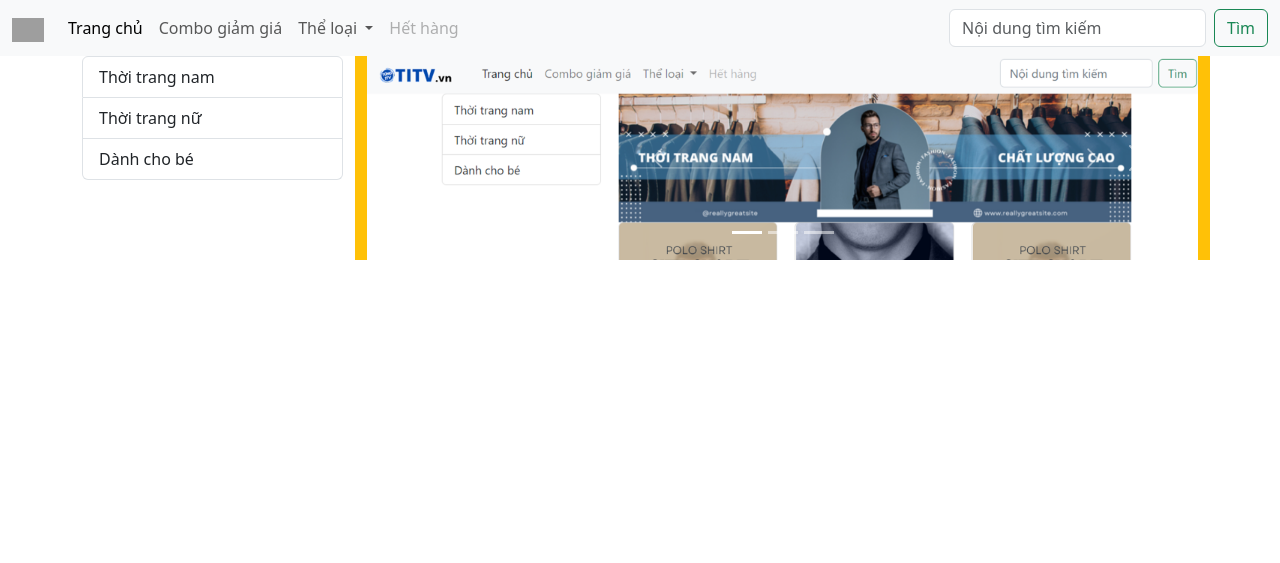
Repository: vnmk1/jsp_servlet-tutorials
Page: Bai4_Bootstrap/src/main/webapp/index.html
These files come from the project's save history. The page is drawn as it stood at one moment and after the next save; the edit follows.
The browser window is 1280 px wide. The pictures show the whole page.
Pictures or frames that could not be fetched are drawn as grey boxes.

Above is the page before, as saved 2023-07-17 09:00:36.

### Bai4_Bootstrap/src/main/webapp/index.html
<!DOCTYPE html>
<html>
<head>
<meta charset="UTF-8">
<title>Ví dụ Bootstrap</title>
<link href="https://cdn.jsdelivr.net/npm/bootstrap@5.3.0/dist/css/bootstrap.min.css" rel="stylesheet" integrity="sha384-9ndCyUaIbzAi2FUVXJi0CjmCapSmO7SnpJef0486qhLnuZ2cdeRhO02iuK6FUUVM" crossorigin="anonymous">
<script src="https://cdn.jsdelivr.net/npm/@popperjs/core@2.11.8/dist/umd/popper.min.js" integrity="sha384-I7E8VVD/ismYTF4hNIPjVp/Zjvgyol6VFvRkX/vR+Vc4jQkC+hVqc2pM8ODewa9r" crossorigin="anonymous"></script>
<script src="https://cdn.jsdelivr.net/npm/bootstrap@5.3.0/dist/js/bootstrap.min.js" integrity="sha384-fbbOQedDUMZZ5KreZpsbe1LCZPVmfTnH7ois6mU1QK+m14rQ1l2bGBq41eYeM/fS" crossorigin="anonymous"></script>
</head>
<body>
<!-- Navbar -->
	<nav class="navbar navbar-expand-lg bg-body-tertiary">
	  <div class="container-fluid">
	    <a class="navbar-brand" href="#">
	      <img src="https://titv.vn/wp-content/uploads/2022/08/Screenshot-2023-01-29-230321.png" alt="Bootstrap" height="24">
	    </a>
	    <button class="navbar-toggler" type="button" data-bs-toggle="collapse" data-bs-target="#navbarSupportedContent" aria-controls="navbarSupportedContent" aria-expanded="false" aria-label="Toggle navigation">
	      <span class="navbar-toggler-icon"></span>
	    </button>
	    <div class="collapse navbar-collapse" id="navbarSupportedContent">
	      <ul class="navbar-nav me-auto mb-2 mb-lg-0">
	        <li class="nav-item">
	          <a class="nav-link active" aria-current="page" href="#">Trang chủ</a>
	        </li>
	        <li class="nav-item">
	          <a class="nav-link" href="#">Combo giảm giá</a>
	        </li>
	        <li class="nav-item dropdown">
	          <a class="nav-link dropdown-toggle" href="#" role="button" data-bs-toggle="dropdown" aria-expanded="false">
	            Thể loại
	          </a>
	          <ul class="dropdown-menu">
	            <li><a class="dropdown-item" href="#">Quần Jean</a></li>
	            <li><a class="dropdown-item" href="#">Áo Thung</a></li>
	            <li><hr class="dropdown-divider"></li>
	            <li><a class="dropdown-item" href="#">Áo sơ mi</a></li>
	          </ul>
	        </li>
	        <li class="nav-item">
	          <a class="nav-link disabled">Hết hàng</a>
	        </li>
	      </ul>
	      <form class="d-flex" role="search">
	        <input class="form-control me-2" type="search" placeholder="Nội dung tìm kiếm" aria-label="Search">
	        <button class="btn btn-outline-success" type="submit">Tìm</button>
	      </form>
	    </div>
	  </div>
	</nav>
<!-- End -->

<!-- Page content -->
<div class="container ">
	<div class="row">
		<!-- Menu left-->
		<div class="col-lg-3">
			<div class="list-group">
			  <a href="#" class="list-group-item">
			    Thời trang nam
			  </a>
			  <a href="#" class="list-group-item list-group-item-action">Thời trang nữ</a>
			  <a href="#" class="list-group-item list-group-item-action">Dành cho bé</a>
			</div>
	    </div>
		<!-- End Menu left-->

		<!-- Slider and Products -->
	    <div class="col-lg-9 bg-warning">
			<!-- Slider -->
			<div id="carouselExampleIndicators" class="carousel slide">
			  <div class="carousel-indicators">
			    <button type="button" data-bs-target="#carouselExampleIndicators" data-bs-slide-to="0" class="active" aria-current="true" aria-label="Slide 1"></button>
			    <button type="button" data-bs-target="#carouselExampleIndicators" data-bs-slide-to="1" aria-label="Slide 2"></button>
			    <button type="button" data-bs-target="#carouselExampleIndicators" data-bs-slide-to="2" aria-label="Slide 3"></button>
			  </div>
			  <div class="carousel-inner">
			    <div class="carousel-item active">
			      <img src="img/slider/Picture1.png" class="d-block w-100" alt="...">
			    </div>
			    <div class="carousel-item">
			      <img src="img/slider/Picture2.png" class="d-block w-100" alt="...">
			    </div>
			    <div class="carousel-item">
			      <img src="img/slider/Picture3.png" class="d-block w-100" alt="...">
			    </div>
			  </div>
			  <button class="carousel-control-prev" type="button" data-bs-target="#carouselExampleIndicators" data-bs-slide="prev">
			    <span class="carousel-control-prev-icon" aria-hidden="true"></span>
			    <span class="visually-hidden">Previous</span>
			  </button>
			  <button class="carousel-control-next" type="button" data-bs-target="#carouselExampleIndicators" data-bs-slide="next">
			    <span class="carousel-control-next-icon" aria-hidden="true"></span>
			    <span class="visually-hidden">Next</span>
			  </button>
			</div>
			<!-- End Slider -->
		</div>
		<!-- End Slider and Products -->
</div>

<!-- End -->
</body>
</html>

After the next save:
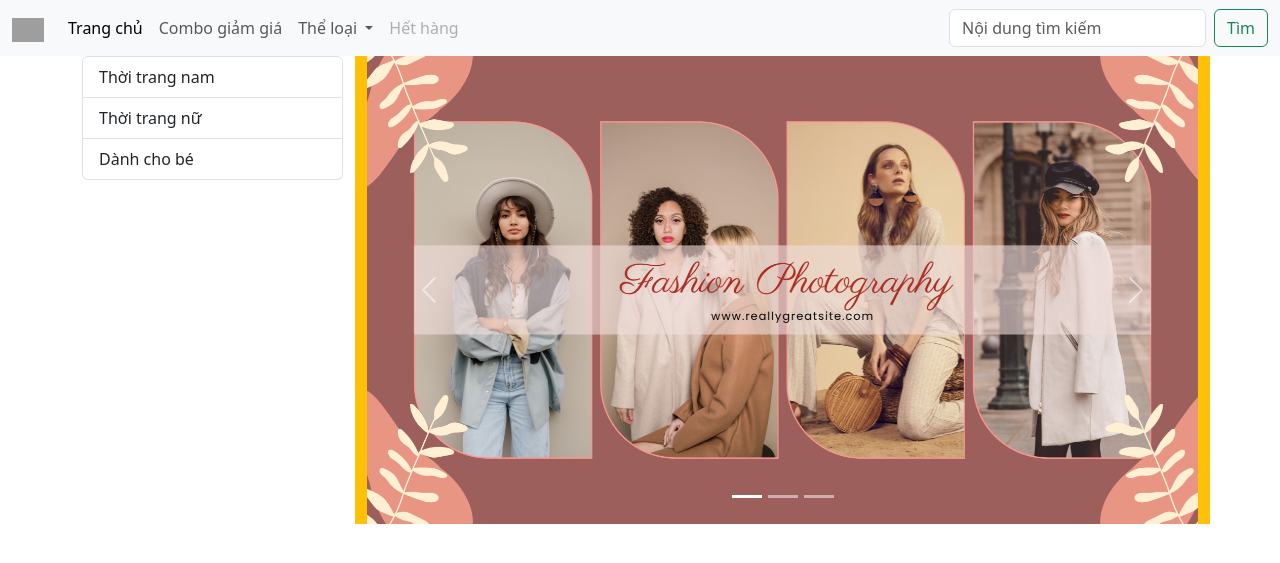
Saved 9 min 10 s later.
--- a/Bai4_Bootstrap/src/main/webapp/index.html
+++ b/Bai4_Bootstrap/src/main/webapp/index.html
@@ -75,13 +75,13 @@
 			  </div>
 			  <div class="carousel-inner">
 			    <div class="carousel-item active">
-			      <img src="img/slider/Picture1.png" class="d-block w-100" alt="...">
+			      <img src="img/slider/1.png" class="d-block w-100" alt="...">
 			    </div>
 			    <div class="carousel-item">
-			      <img src="img/slider/Picture2.png" class="d-block w-100" alt="...">
+			      <img src="img/slider/2.png" class="d-block w-100" alt="...">
 			    </div>
 			    <div class="carousel-item">
-			      <img src="img/slider/Picture3.png" class="d-block w-100" alt="...">
+			      <img src="img/slider/3.png" class="d-block w-100" alt="...">
 			    </div>
 			  </div>
 			  <button class="carousel-control-prev" type="button" data-bs-target="#carouselExampleIndicators" data-bs-slide="prev">
